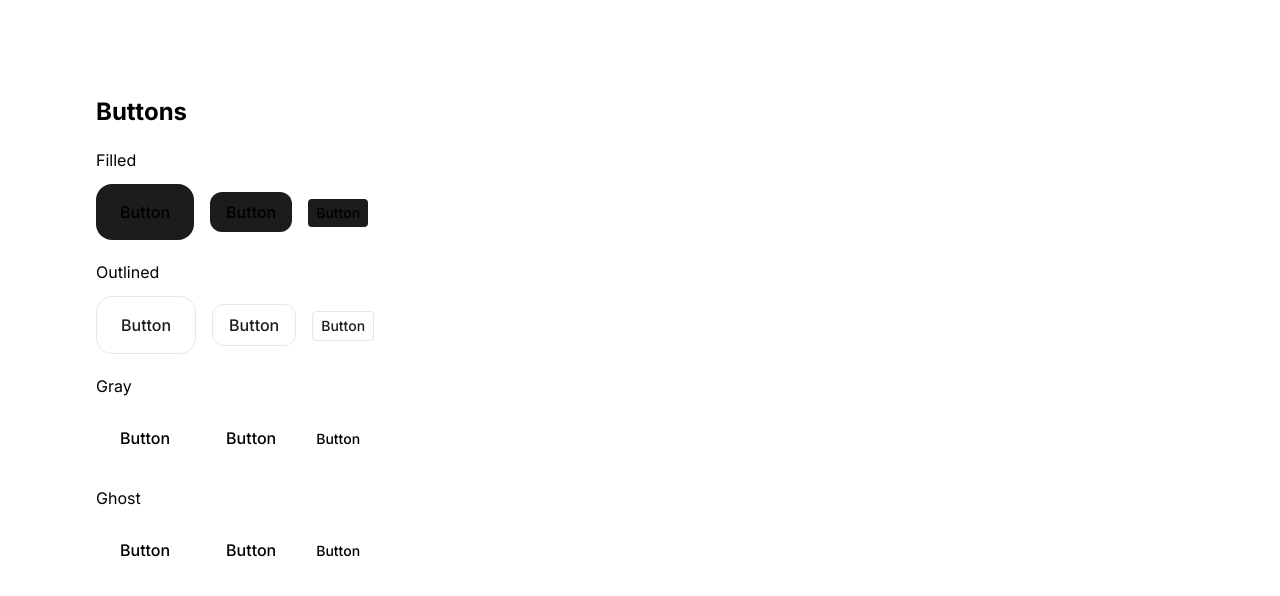
Repository: ggonzaga29/polarized-dashboard
Page: /
These files come from the project's save history. The page is drawn as it stood at one moment and after the next save; the edit follows.
The browser window is 1280 px wide. The pictures show the whole page.
The project was rebuilt for these pictures with package versions that can differ from the ones it lists, and the page was loaded fresh each time. The framework's server and built-in components were replaced by stand-ins that run in the browser. Also part of the build but not shown: next.config.js.

Above is the page before, as saved 2023-08-04 00:29:26.

### src/app/layout.jsx
import './globals.css';
import { Inter } from 'next/font/google';
import { ThemeProvider } from '@/context/theme-provider';

const inter = Inter({ subsets: ['latin'] });

export const metadata = {
  title: 'Polarized | Dashboard',
};

export default function RootLayout({ children }) {
  return (
    <html lang="en">
      <body className={inter.className}>
        <ThemeProvider attribute="class" defaultTheme="system" enableSystem>
          {children}
        </ThemeProvider>
      </body>
    </html>
  );
}

### src/app/page.jsx
import Image from 'next/image';
import { Button } from '@/components/ui/button';

export default function Home() {
  return (
    <main className="min-h-screen flex-col items-center justify-between p-24 space-y-5">
			<h1 className='text-2xl font-bold'>Buttons</h1>
      <div>
        <h2>Filled</h2>
        <div className="space-x-4 mt-3">
          <Button variant="filled" size="lg">
            Button
          </Button>
          <Button variant="filled" size="md">
            Button
          </Button>
          <Button variant="filled" size="sm">
            Button
          </Button>
        </div>
      </div>
      <div>
        <h2>Outlined</h2>
        <div className="space-x-4 mt-3">
          <Button variant="outlined" size="lg">
            Button
          </Button>
          <Button variant="outlined" size="md">
            Button
          </Button>
          <Button variant="outlined" size="sm">
            Button
          </Button>
        </div>
      </div>
      <div>
        <h2>Gray</h2>
        <div className="space-x-4 mt-3">
          <Button variant="gray" size="lg">
            Button
          </Button>
          <Button variant="gray" size="md">
            Button
          </Button>
          <Button variant="gray" size="sm">
            Button
          </Button>
        </div>
      </div>
      <div>
        <h2>Ghost</h2>
        <div className="space-x-4 mt-3">
          <Button variant="ghost" size="lg">
            Button
          </Button>
          <Button variant="ghost" size="md">
            Button
          </Button>
          <Button variant="ghost" size="sm">
            Button
          </Button>
        </div>
      </div>
    </main>
  );
}

### src/app/globals.css
@tailwind base;
@tailwind components;
@tailwind utilities;

@layer base {
  :root {
    /* --background: 0 0% 100%;
    --foreground: 240 10% 3.9%;

    --muted: 240 4.8% 95.9%;
    --muted-foreground: 240 3.8% 46.1%;

    --popover: 0 0% 100%;
    --popover-foreground: 240 10% 3.9%;

    --card: 0 0% 100%;
    --card-foreground: 240 10% 3.9%;

    --border: 240 5.9% 90%;
    --input: 240 5.9% 90%;

    --primary: 240 5.9% 10%;
    --primary-foreground: 0 0% 98%;

    --secondary: 240 4.8% 95.9%;
    --secondary-foreground: 240 5.9% 10%;

    --accent: 240 4.8% 95.9%;
    --accent-foreground: 240 5.9% 10%;

    --destructive: 0 84.2% 60.2%;
    --destructive-foreground: 0 0% 98%;

    --ring: 240 5% 64.9%;

    --radius: 0.5rem; */

    /* 1C1C1C */
    /* Black shades */
    --shade-100: hsl(0, 0%, 11%);
    --shade-80: hsl(0, 0%, 20%);
    --shade-40: hsl(0, 0%, 40%);
    --shade-20: hsl(0, 0%, 60%);
    --shade-10: hsl(0, 0%, 90%);
    --shade-5: hsl(0, 0%, 95%);

    /* White tints */
    --tint-100: hsl(0, 0%, 100%);
    --tint-80: hsl(0, 0%, 80%);
    --tint-40: hsl(0, 0%, 60%);
    --tint-20: hsl(0, 0%, 40%);
    --tint-10: hsl(0, 0%, 20%);
    --tint-5: hsl(0, 0%, 10%);

    /* F7F9FB */
    --primary-light: hsl(210, 50%, 98%);
    /* E3F5FF */
    --primary-blue: hsl(210, 90%, 95%);
    /* E5ECF6 */
    --primary-purple: hsl(240, 20%, 90%);
    /* 1C1C1C */
    --primary-brand: hsl(0, 0%, 11%);

    /* 95A4FC */
    --secondary-purple-a: hsl(240, 60%, 75%);
    /* A8C5DA */
    --secondary-blue-a: hsl(200, 30%, 75%);
    /* E3F5FF */
    --secondary-blue-b: hsl(210, 90%, 95%);
    /* A1E3CB */
    --secondary-green-a: hsl(160, 70%, 75%);
    /* BAEDBD */
    --secondary-green-b: hsl(100, 40%, 75%);
    /* FFE999 */
    --secondary-yellow: hsl(50, 100%, 75%);
    /* FF4747 */
    --secondary-red: hsl(0, 100, 64);
  }

  .dark {
    /* --background: 240 10% 3.9%;
    --foreground: 0 0% 98%;

    --muted: 240 3.7% 15.9%;
    --muted-foreground: 240 5% 64.9%;

    --popover: 240 10% 3.9%;
    --popover-foreground: 0 0% 98%;

    --card: 240 10% 3.9%;
    --card-foreground: 0 0% 98%;

    --border: 240 3.7% 15.9%;
    --input: 240 3.7% 15.9%;

    --primary: 0 0% 98%;
    --primary-foreground: 240 5.9% 10%;

    --secondary: 240 3.7% 15.9%;
    --secondary-foreground: 0 0% 98%;

    --accent: 240 3.7% 15.9%;
    --accent-foreground: 0 0% 98%;

    --destructive: 0 62.8% 30.6%;
    --destructive-foreground: 0 85.7% 97.3%;

    --ring: 240 3.7% 15.9%; */
  }
}

### src/components/ui/button.jsx
import React from 'react';
import { cva } from 'class-variance-authority';
import { twMerge } from 'tailwind-merge';

const button = cva(
  [
    'inline-flex items-center gap-2 justify-center font-medium transition-colors disabled:pointer-events-none disabled:opacity-50',
  ],
  {
    variants: {
      variant: {
        filled: ['bg-primary-brand', 'text-white-100', "hover:bg-white-20"],
				outlined: ['border border-black-10', 'text-[#1C1C1C]', 'hover:border-black-80'],
				gray: ['bg-black-5', 'text-black', 'hover:bg-black-10'],
				ghost: ['text-black'	],
      },

      size: {
        sm: ['px-2', 'py-1', 'rounded', "text-sm"],
        md: ['px-4', 'py-2', 'rounded-xl'],
        lg: ['px-6', 'py-4', 'rounded-2xl'],
				icon: ['p-1', 'rounded'],
      },
    },
  },
);

const Button = ({ variant, size, className, children }) => {
  if (!variant) variant = 'primary';
  if (!size) size = 'md';

  return (
    <button className={twMerge(button({ variant, size }), className)}>
      {children}
    </button>
  );
};

Button.displayName = 'Button';

export { Button };

### tailwind.config.js
/** @type {import('tailwindcss').Config} */
module.exports = {
	darkMode: ["class"],
	content: [
		'./pages/**/*.{js,jsx}',
		'./components/**/*.{js,jsx}',
		'./app/**/*.{js,jsx}',
		'./src/**/*.{js,jsx}',
	],
	theme: {
		// container: {
		//   center: true,
		//   padding: "2rem",
		//   screens: {
		//     "2xl": "1400px",
		//   },
		// },
		extend: {
			colors: {

				// --black-100: hsl(0, 0%, 11%);
				// --black-80: hsl(0%, 11%, 80%);

				// --white-100: hsl(0, 0%, 100%);
				// --white-80: hsl(0, 0%, 80%);
				// --white-40: hsl(0, 0%, 40%);
				// --white-20: hsl(0, 0%, 20%);
				// --white-10: hsl(0, 0%, 10%);
				// --white-5: hsl(0, 0%, 5%);


				shade: {
					100: "var(--shade-100)",
					80: "var(--shade-80)",
					40: "var(--shade-40)",
					20: "var(--shade-20)",
					10: "var(--shade-10)",
					5: "var(--shade-5)",
				},

				tint: {
					100: "var(--tint-100)",
					80: "var(--tint-80)",
					40: "var(--tint-40)",
					20: "var(--tint-20)",
					10: "var(--tint-10)",
					5: "var(--tint-5)",
				},

				primary: {
					brand: "var(--primary-brand)",
				}


				// border: "hsl(var(--border))",
				// input: "hsl(var(--input))",
				// ring: "hsl(var(--ring))",
				// background: "hsl(var(--background))",
				// foreground: "hsl(var(--foreground))",
				// primary: {
				//   DEFAULT: "hsl(var(--primary))",
				//   foreground: "hsl(var(--primary-foreground))",
				// },
				// secondary: {
				//   DEFAULT: "hsl(var(--secondary))",
				//   foreground: "hsl(var(--secondary-foreground))",
				// },
				// destructive: {
				//   DEFAULT: "hsl(var(--destructive))",
				//   foreground: "hsl(var(--destructive-foreground))",
				// },
				// muted: {
				//   DEFAULT: "hsl(var(--muted))",
				//   foreground: "hsl(var(--muted-foreground))",
				// },
				// accent: {
				//   DEFAULT: "hsl(var(--accent))",
				//   foreground: "hsl(var(--accent-foreground))",
				// },
				// popover: {
				//   DEFAULT: "hsl(var(--popover))",
				//   foreground: "hsl(var(--popover-foreground))",
				// },
				// card: {
				//   DEFAULT: "hsl(var(--card))",
				//   foreground: "hsl(var(--card-foreground))",
				// },
			},
			borderRadius: {
				// lg: "var(--radius)",
				// md: "calc(var(--radius) - 2px)",
				// sm: "calc(var(--radius) - 4px)",
			},
			keyframes: {
				// "accordion-down": {
				//   from: { height: 0 },
				//   to: { height: "var(--radix-accordion-content-height)" },
				// },
				// "accordion-up": {
				//   from: { height: "var(--radix-accordion-content-height)" },
				//   to: { height: 0 },
				// },
			},
			animation: {
				// "accordion-down": "accordion-down 0.2s ease-out",
				// "accordion-up": "accordion-up 0.2s ease-out",
			},
		},
	},
	plugins: [require("tailwindcss-animate")],
}

Loaded but not shown: src/context/theme-provider.jsx (common file)

After the next save:
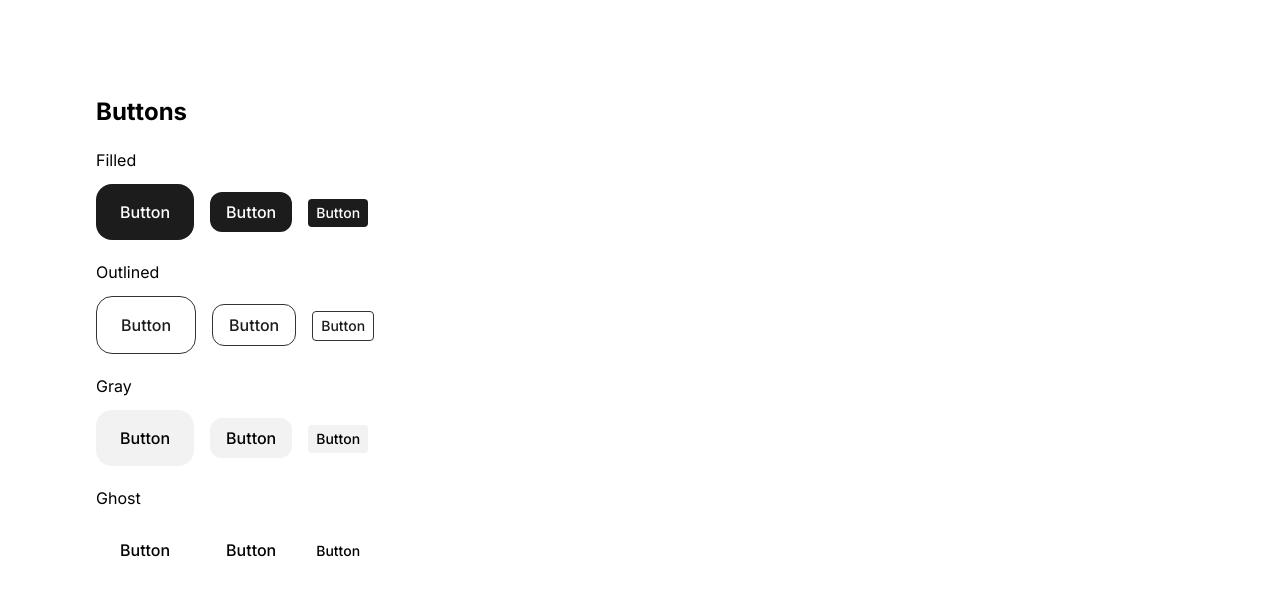
Saved 46 s later.
--- a/src/components/ui/button.jsx
+++ b/src/components/ui/button.jsx
@@ -9,9 +9,9 @@ const button = cva(
   {
     variants: {
       variant: {
-        filled: ['bg-primary-brand', 'text-white-100', "hover:bg-white-20"],
-				outlined: ['border border-black-10', 'text-[#1C1C1C]', 'hover:border-black-80'],
-				gray: ['bg-black-5', 'text-black', 'hover:bg-black-10'],
+        filled: ['bg-primary-brand', 'text-white', "hover:bg-tint-20"],
+				outlined: ['border border-tint-10', 'text-shade-100', 'hover:border-tint-80'],
+				gray: ['bg-shade-5', 'text-black', 'hover:shade-10'],
 				ghost: ['text-black'	],
       },
 
